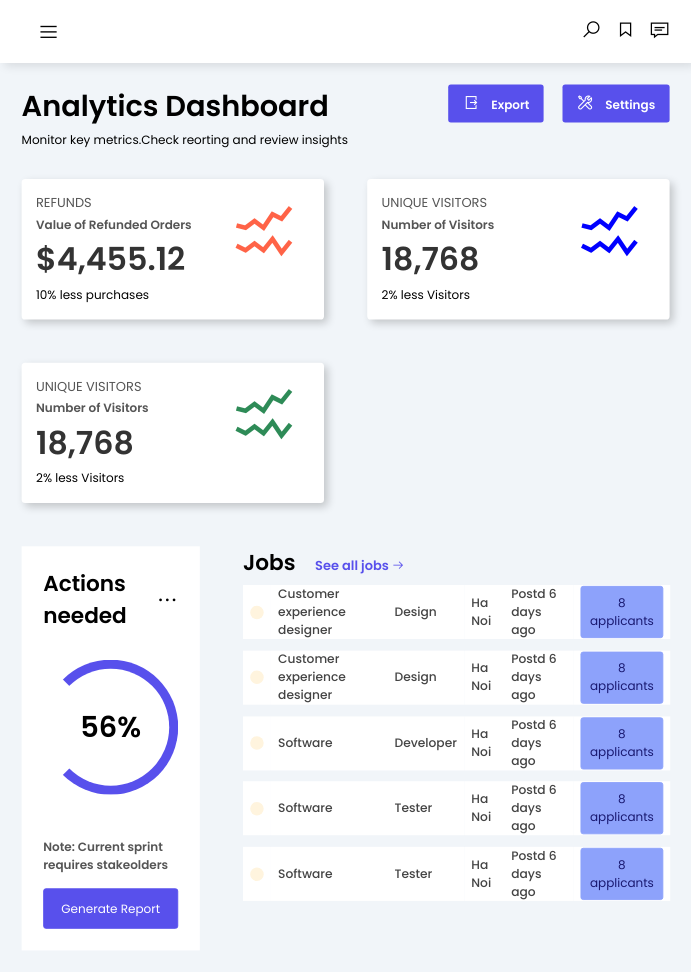
Repository: Datt21/dashboard-fe-project
Page: index.html
An editor plug-in stored every save of this project. The page is shown before and after the next save, followed by the edit.
The browser window is 768 px wide. The pictures show the whole page, at 90% of full size.

Above is the page before, as saved 2021-06-08 21:16:54.

After the next save:
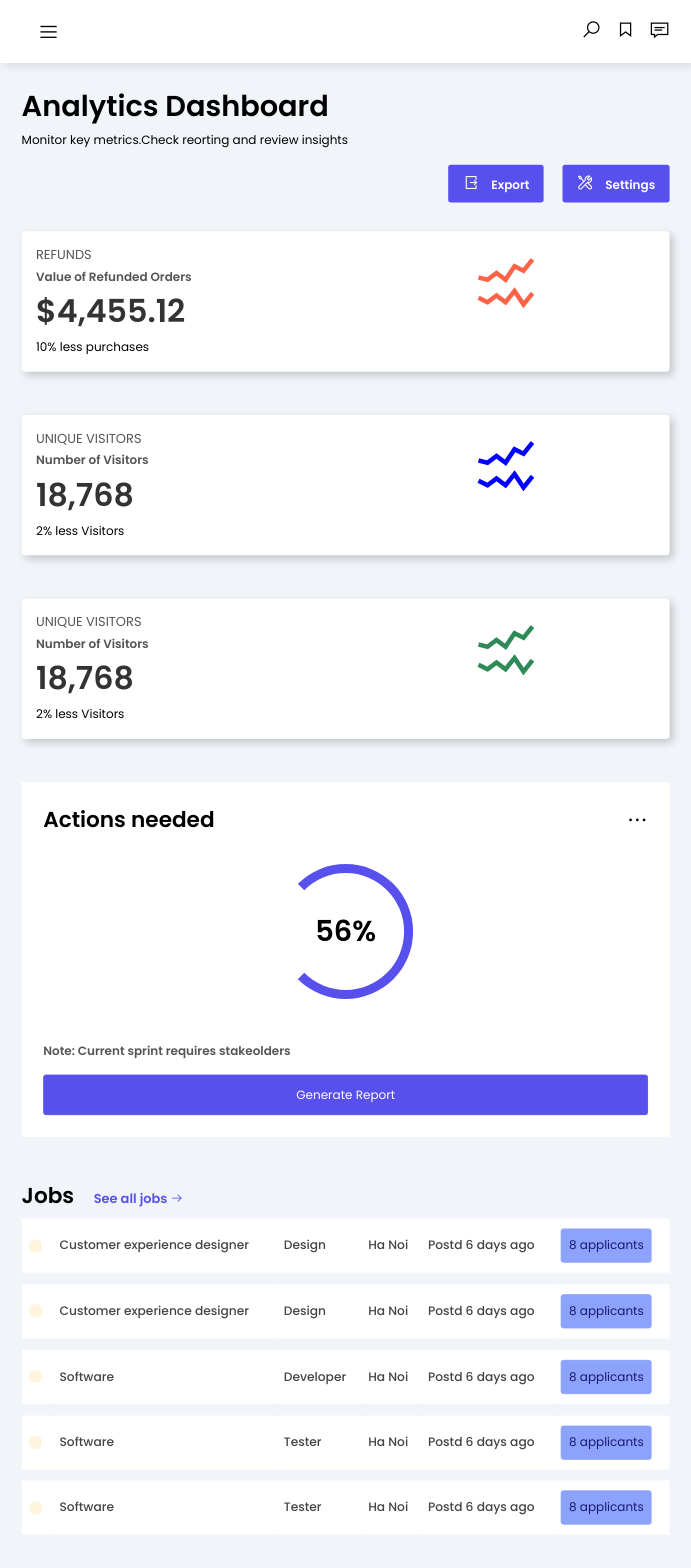
Saved 2 min 29 s later.
--- a/assets/css/style.css
+++ b/assets/css/style.css
@@ -377,3 +377,22 @@ table button {
     }
 
 }
+
+@media only screen and (max-width :768px){
+    .cards{
+        grid-template-columns: 100%;
+    }
+
+    .job__grid{
+        grid-template-columns: 100%;
+    }
+
+    .page__header{
+        display: block;
+    }
+
+    .header__actions{
+        margin-top: 1rem;
+        text-align: right;
+    }
+}
